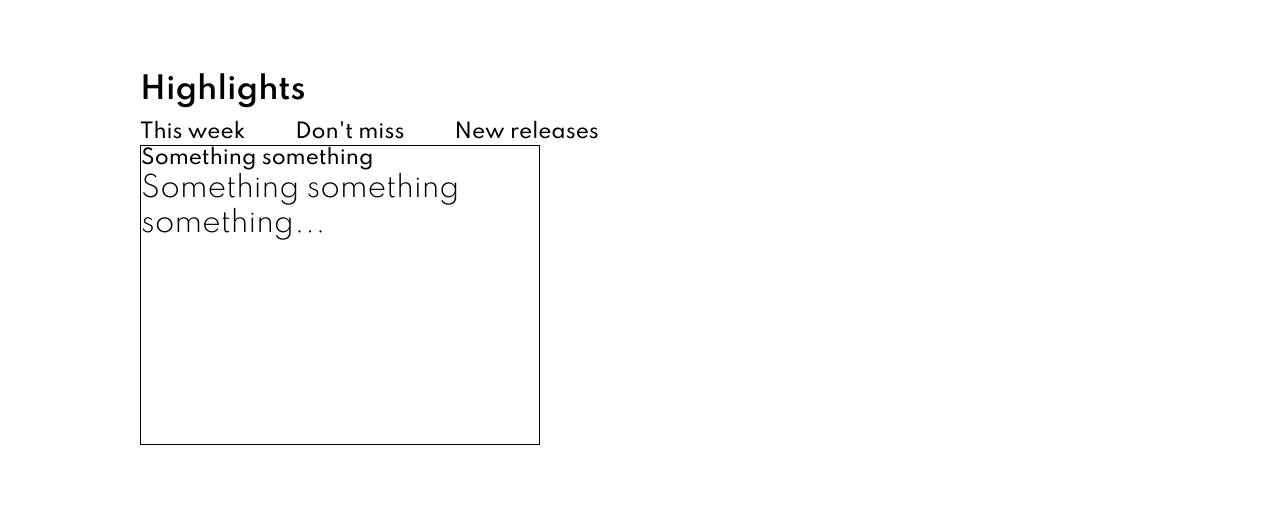
Repository: vvogt/fameworks_vv
Page: /
These files come from the project's save history. The page is drawn as it stood at one moment and after the next save; the edit follows.
The browser window is 1280 px wide. The pictures show the part of the page from y = 607 to 1112 px (the page is 1112 px tall).
Pictures or frames that could not be fetched are drawn as grey boxes. The project was rebuilt for these pictures with package versions that can differ from the ones it lists, and the page was loaded fresh each time. Also part of the build but not shown: src/components/NotFound.js. Imported but missing from the stored project, and not drawn on this page: src/assets/videos/seald_fullhd.mp4.

Above is the page before, as saved 2020-04-06 19:09:39.

After the next save:
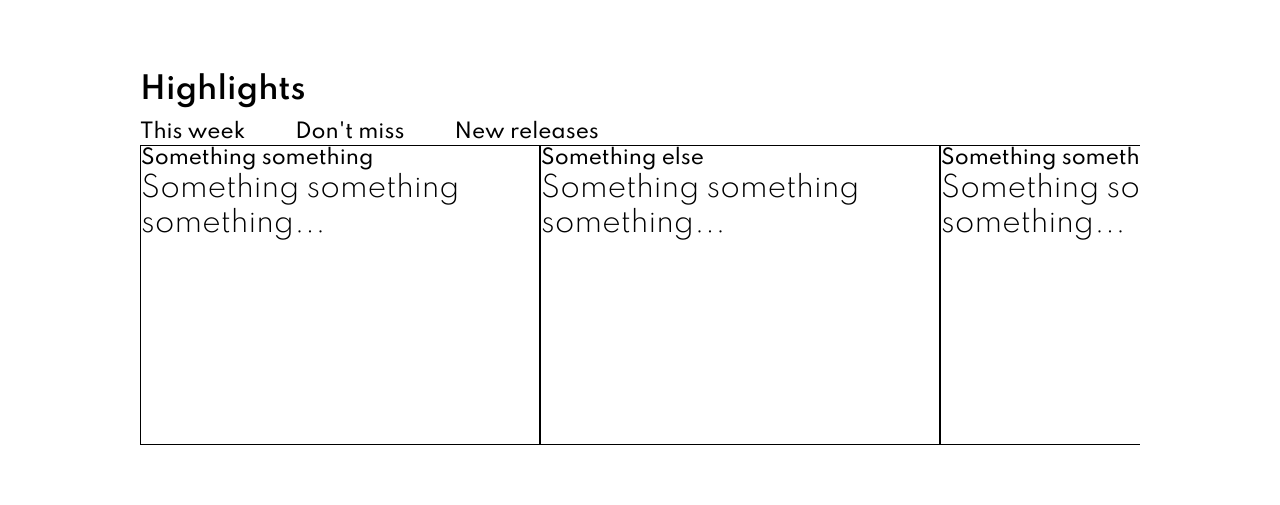
Saved 10 min 36 s later.
--- a/src/components/Section.js
+++ b/src/components/Section.js
@@ -32,10 +32,14 @@
   };
 
   renderNumOfArticles = (tabs, tabName, numToRender) => {
+    let articles = [];
+
     for (let i = 0; i < numToRender; i++) {
       let article = tabs[tabName][i];
-      console.log(tabs);
+      articles.push(article);
+    }
 
+    return articles.map(article => {
       return (
         <li key={article.id}>
           <div className="articlePreview">
@@ -48,7 +52,8 @@
           </div>
         </li>
       );
-    }
+    });
+
   }
 
   changeActiveTab = tabName =>  {
